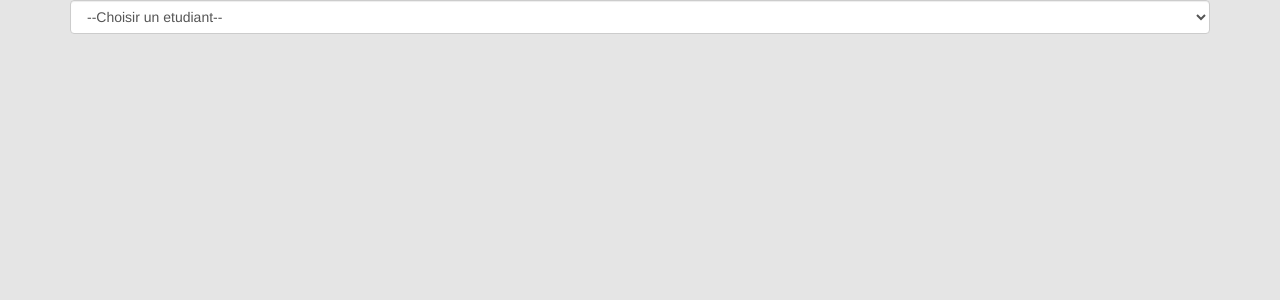
Repository: mitantsoa1/CRUD-note
Page: http://localhost/note
These files come from the project's save history. The page is drawn as it stood at one moment and after the next save; the edit follows.
The browser window is 1280 px wide. The pictures show the whole page.
The page is run by PHP 8.4 with error messages shown; the project is at /var/www/html/. The database holds what the project's SQL file puts in it.

Above is the page before, as saved 2021-02-12 12:38:09.
Console error: SyntaxError: Unexpected token '<'

After the next save:
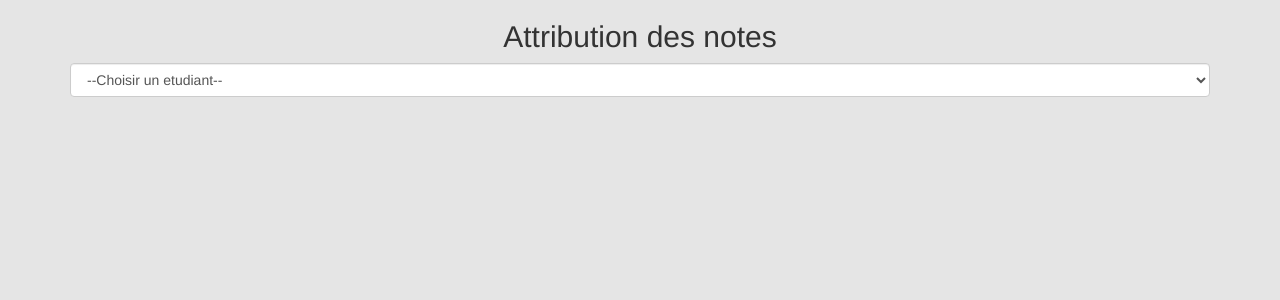
Saved 56 s later.
--- a/Views/note2.php
+++ b/Views/note2.php
@@ -11,6 +11,7 @@ Controllers::includeCSS(["all","bootstrap.min","sweetalert2.min","style","util"]
 </head>
 <body>
     <div class="container note-content">
+        <h2 class="text-center">Attribution des notes</h2>
         <form action="" id="formulaire">
             <?php
                 include('Models/Database.class.php');
